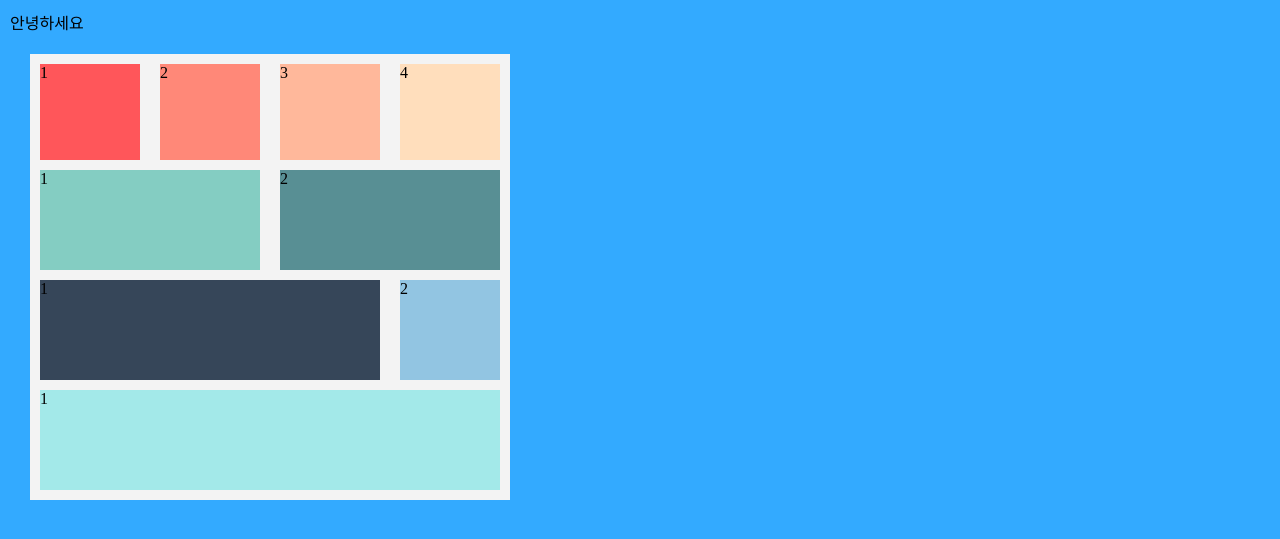
Repository: BaekJiGyeong/JSP_web
Page: http://localhost/Article/
These files come from the project's save history. The page is drawn as it stood at one moment and after the next save; the edit follows.
The browser window is 1280 px wide. The pictures show the whole page.
The page is served by Tomcat 9. Other server files are loaded and not shown.

Above is the page before, as saved 2016-03-03 10:41:23.

### Article/WebContent/index.jsp
<%@ page language="java" contentType="text/html; charset=UTF-8"
    pageEncoding="UTF-8"%>

<jsp:include page="./WEB-INF/view/common/project1.jsp"></jsp:include>

### Article/WebContent/WEB-INF/view/common/project1.jsp
<%@ page language="java" contentType="text/html; charset=UTF-8"
    pageEncoding="UTF-8"%>
<!DOCTYPE html>
<html>
<head>
<meta http-equiv="Content-Type" content="text/html; charset=UTF-8">
<link rel="stylesheet" type="text/css" href="/resource/css/project1.css"/>
<title>Insert title here</title>
</head>
<body>
안녕하세요
<div id= "wrapper">
	<div id="row1">

			<div id="row1col1">
			1
			</div>
			<div id="row1col2">
			2
			</div>
			<div id="row1col3">
			3
			</div>
			<div id="row1col4">
			4
			</div>
	</div>

	<div id="row2">

			<div id="row2col1">
			1
			</div>
			<div id="row2col2">
			2
			</div>

	</div>

	<div id="row3">

			<div id="row3col1">
			1
			</div>
			<div id="row3col2">
			2
			</div>

	</div>

	<div id="row4">
			<div id="row4col1">
			1
			</div>
	</div>


</div>


</body>
</html>

### Article/WebContent/resource/css/project1.css
@CHARSET "UTF-8";

body {
	background-color: #33AAFF;
	margin: 10px;
}
div {
	margin: 10px;
}
div#row1 {
	background-color: #f3f3f3;
	float: left;
}

div#row1col1 {
	background-color: #ff565a;
	width: 100px;
	height: 100px;
	float: left;
}
div#row1col2 {
	background-color: #ff8878;
	width: 100px;
	height: 100px;
	float: left;
}
div#row1col3 {
	background-color: #ffb89b;
	width: 100px;
	height: 100px;
	float: left;
}
div#row1col4 {
	background-color: #ffdebc;
	width: 100px;
	height: 100px;
	float: left;
}

div#row2 {
	 top: 150px;
	 background-color: #f3f3f3;
	 position: absolute;
}
div#row2col1 {
	background-color: #84cdc2;
	width: 220px;
	height: 100px;
	float: left;
}
div#row2col2 {
	background-color: #588f94;
	width: 220px;
	height: 100px;
	float: left;
}

div#row3 {
	 top: 260px;
	 background-color: #f3f3f3;
	 position: absolute;
}
div#row3col1 {
	background-color: #364659;
	width: 340px;
	height: 100px;
	float: left;
}
div#row3col2 {
	background-color: #92c5e2;
	width: 100px;
	height: 100px;
	float: left;
}

div#row4 {
	 top: 370px;
	 background-color: #f3f3f3;
	 position: absolute;
}
div#row4col1 {
	background-color: #a3e9e9;
	width: 460px;
	height: 100px;
	float: left;
}

After the next save:
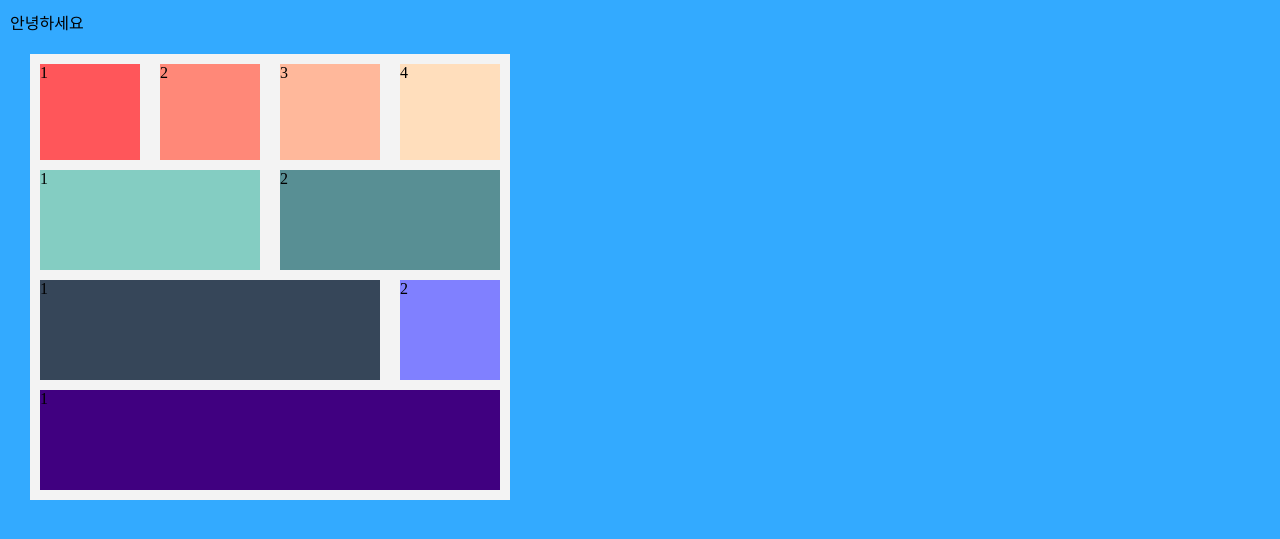
Saved 70 s later.
--- a/Article/WebContent/resource/css/project1.css
+++ b/Article/WebContent/resource/css/project1.css
@@ -67,7 +67,7 @@ div#row3col1 {
 	float: left;
 }
 div#row3col2 {
-	background-color: #92c5e2;
+	background-color: #8080ff;
 	width: 100px;
 	height: 100px;
 	float: left;
@@ -79,7 +79,7 @@ div#row4 {
 	 position: absolute;
 }
 div#row4col1 {
-	background-color: #a3e9e9;
+	background-color: #400080;
 	width: 460px;
 	height: 100px;
 	float: left;
